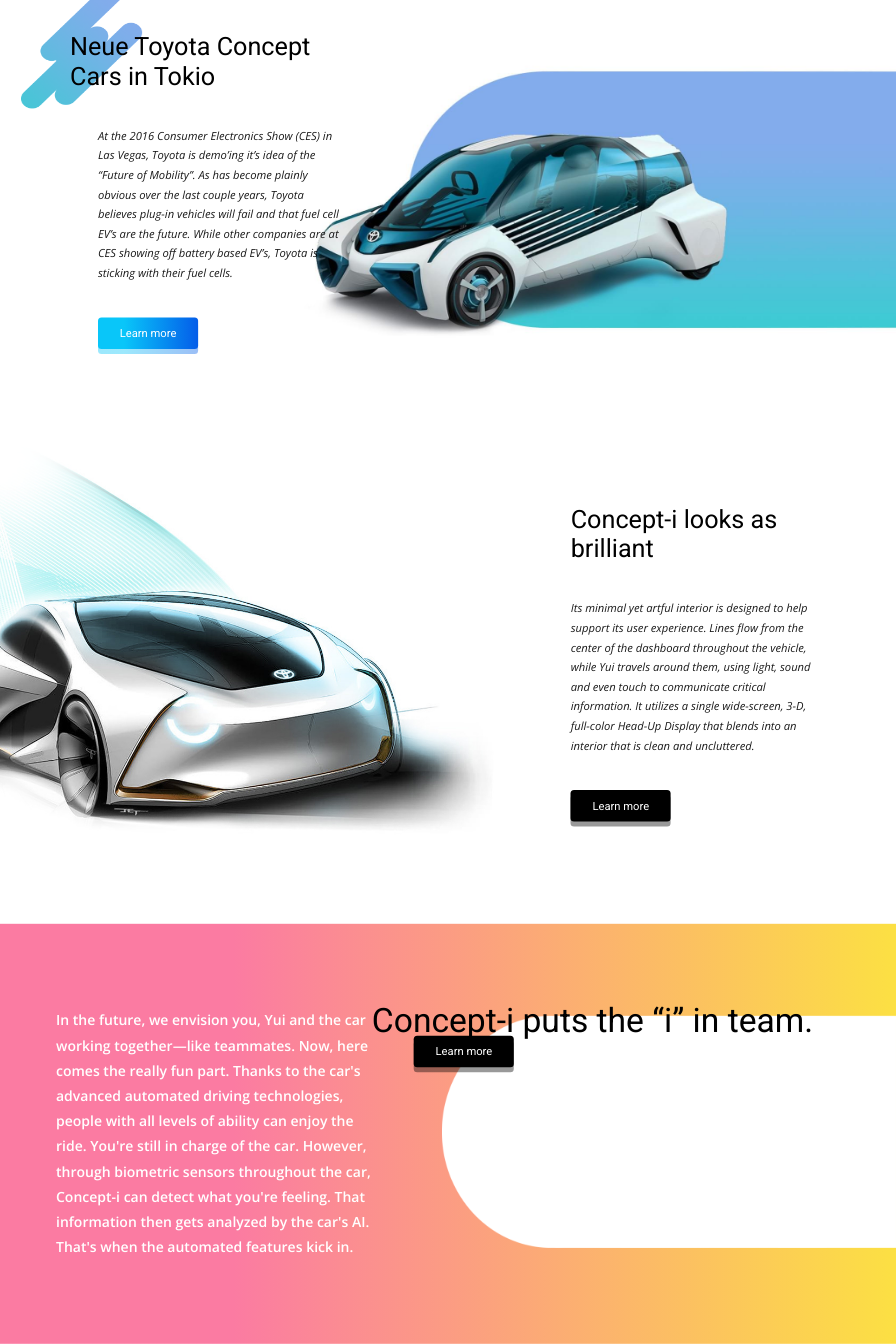
Repository: ThanhThn/Moto-Toyota
Page: index.html
An editor plug-in stored every save of this project. The page is shown before and after the next save, followed by the edit.
The browser window is 1280 px wide. The pictures show the part of the page from y = 2024 to 3944 px (the page is 3944 px tall), at 70% of full size.

Above is the page before, as saved 2022-07-07 13:27:04.

After the next save:
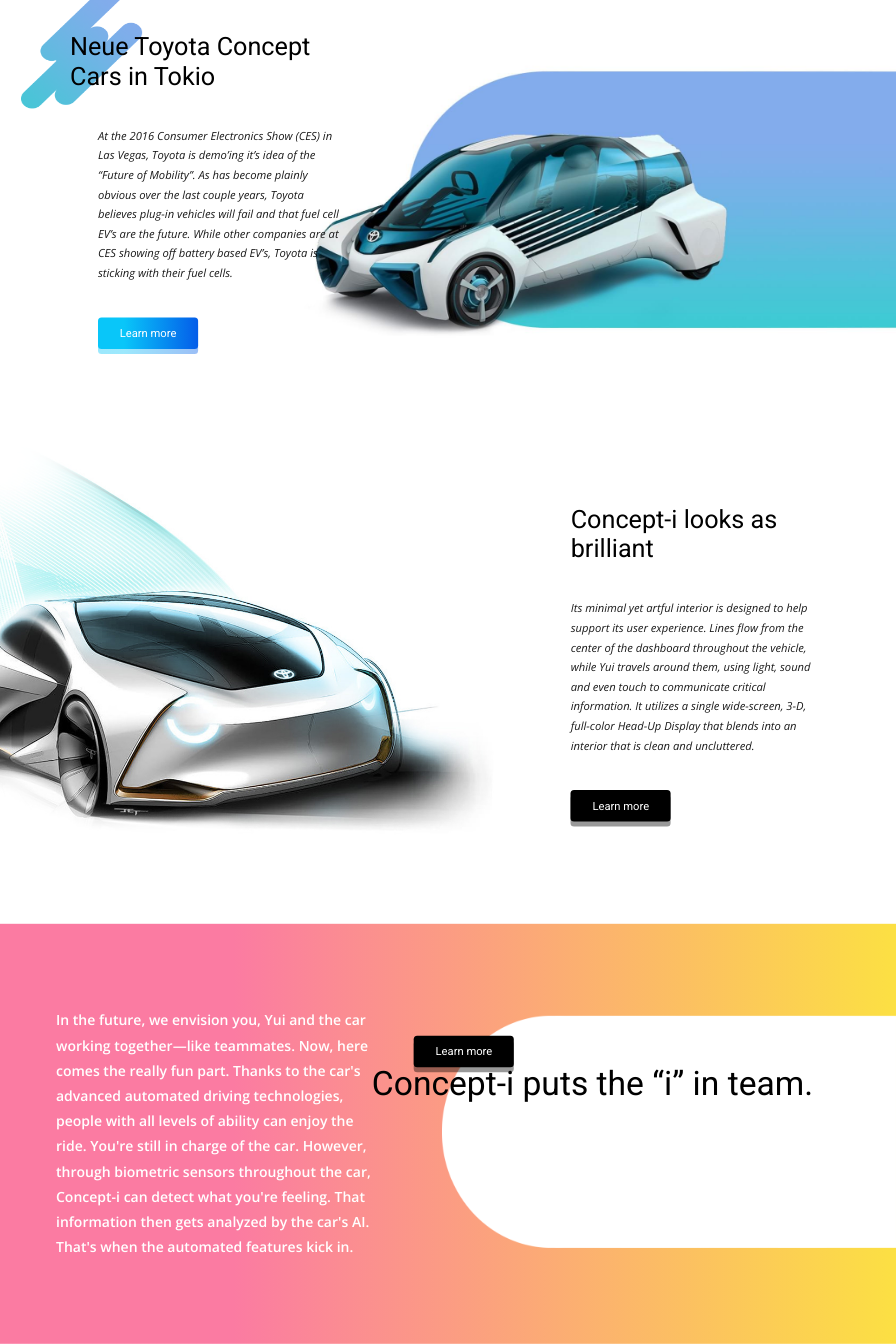
Saved 19 s later.
--- a/css/style.css
+++ b/css/style.css
@@ -289,11 +289,11 @@
     font-weight: 400;
     font-size: 48px;
     position: absolute;
+    top: 100px;
+    bottom: auto;
+}
+.i-team #black-btn-1
+{
+    position: absolute;
     top: 10px;
-    bottom: auto;
-}
-.i-team #black-btn-1
-{
-    position: absolute;
-    top: 10px;
-}
+}
